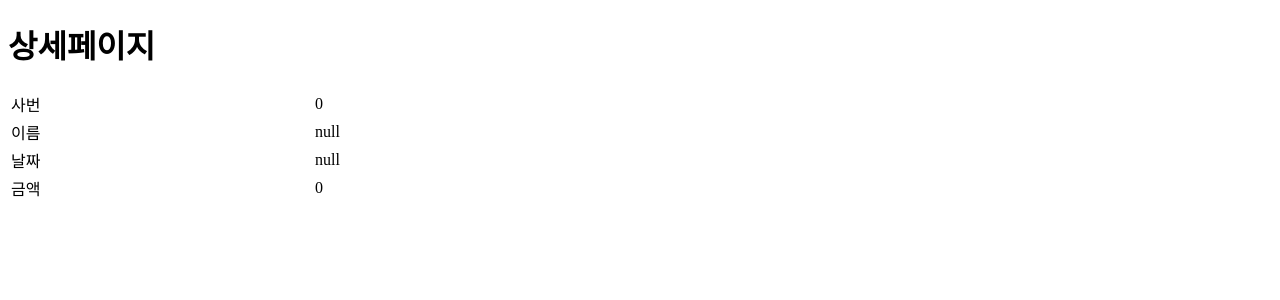
Repository: kwakjaeyeon/webWorkspace
Page: http://localhost/web08/emp/detail.jsp
These files come from the project's save history. The page is drawn as it stood at one moment and after the next save; the edit follows.
The browser window is 1280 px wide. The pictures show the whole page.
The page is served by Tomcat 9. Queries for data that is not in the repository find no rows.

Above is the page before, as saved 2020-07-08 02:54:51.

### web08/WebContent/emp/detail.jsp
<%@ page language="java" contentType="text/html; charset=EUC-KR"
    pageEncoding="EUC-KR" import="java.sql.*"%>
<!DOCTYPE html PUBLIC "-//W3C//DTD HTML 4.01 Transitional//EN" "http://www.w3.org/TR/html4/loose.dtd">
<html>
<head>
<meta http-equiv="Content-Type" content="text/html; charset=EUC-KR">
<title>Insert title here</title>
</head>
<jsp:useBean id="bean" class="com.bit.EmpDto"></jsp:useBean>
<jsp:setProperty property="sabun" name="bean"/>
<%
Connection conn = null;
Statement stmt = null;
ResultSet rs = null;
try{
	conn = com.bit.MyOracle.getConnection();
	stmt = conn.createStatement();
	rs = stmt.executeQuery("select * from emp02 where sabun=" + bean.getSabun());
	if(rs.next()) {
		bean.setName(rs.getString("name"));
		bean.setNalja(rs.getDate("nalja"));
		bean.setPay(rs.getInt("pay"));
	}
} finally {
	if(rs != null) rs.close();
	if(stmt != null) stmt.close();
	if(conn != null) conn.close();
}
%>


<body>
	<h1>상세페이지</h1>
	<table width="800">
		<tr>
			<td width="300">사번</td>
			<td><jsp:getProperty property="sabun" name="bean"/></td>
		</tr>
		<tr>
			<td>이름</td>
			<td><jsp:getProperty property="name" name="bean"/></td>
		</tr>
		<tr>
			<td>날짜</td>
			<td><jsp:getProperty property="nalja" name="bean"/></td>
		</tr>
		<tr>
			<td>금액</td>
			<td><jsp:getProperty property="pay" name="bean"/></td>
		</tr>
		<tr>
			<td colspan="2">


	</table>


</body>
</html>

### web08/src/com/bit/EmpDto.java
package com.bit;

import java.sql.Date;

public class EmpDto {
	private int sabun;
	private String name;
	private Date nalja;
	private int pay;

	public int getSabun() {
		return sabun;
	}
	public void setSabun(int sabun) {
		this.sabun = sabun;
	}
	public String getName() {
		return name;
	}
	public void setName(String name) {
		this.name = name;
	}
	public Date getNalja() {
		return nalja;
	}
	public void setNalja(Date nalja) {
		this.nalja = nalja;
	}
	public int getPay() {
		return pay;
	}
	public void setPay(int pay) {
		this.pay = pay;
	}
}

### web08/src/com/bit/MyOracle.java
package com.bit;

import java.sql.*;

public class MyOracle {
	private static Connection conn;
	private static String driver="oracle.jdbc.driver.OracleDriver";
	private static String url="jdbc:oracle:thin:@localhost:1521:xe";
	private static String user="scott";
	private static String password="tiger";

	private MyOracle() {}

	public static Connection getConnection() throws SQLException {
		if(conn==null || conn.isClosed()) {
			try {
				Class.forName(driver);
			} catch (ClassNotFoundException e) {
				e.printStackTrace();
			}
			conn=DriverManager.getConnection(url, user, password);
		}
		return conn;
	}
}

After the next save:
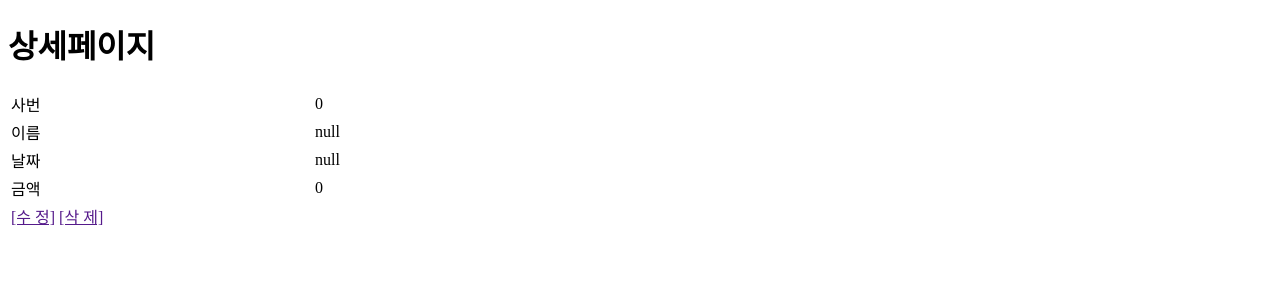
Saved 80 s later.
--- a/web08/WebContent/emp/detail.jsp
+++ b/web08/WebContent/emp/detail.jsp
@@ -50,6 +50,9 @@ try{
 		</tr>
 		<tr>
 			<td colspan="2">
+				<a href="">[수 정]</a>
+				<a href="">[삭 제]</a>
+			</td>
 
 
 	</table>
